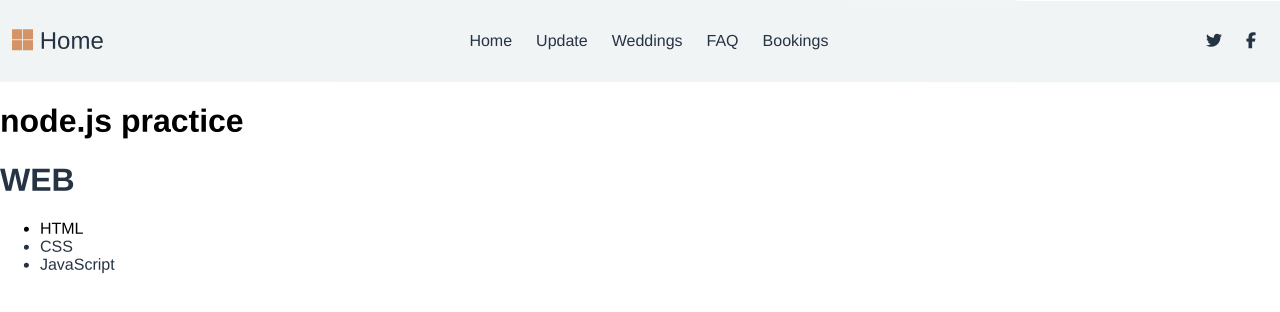
Repository: hhw12409/pracite-node.js
Page: http://localhost/
The author's editor kept a copy of each file at every save. The page is drawn from the files as they stood at one save, then again after the next save.
The browser window is 1280 px wide. The pictures show the whole page.
Some web fonts or font styles are not loaded; a fallback is used. Some web libraries are served in a nearby version. The page is served by the project's Node server (server.js).

Above is the page before, as saved 2022-05-03 00:53:44.

### views/index.ejs
<!DOCTYPE html>
<html lang="en">
<head>
  <meta charset="UTF-8">
  <meta http-equiv="X-UA-Compatible" content="IE=edge">
  <meta name="viewport" content="width=device-width, initial-scale=1.0">
  <title>node.js practice</title>
</head>
<body>
  <%- include('nav.html')%>
  <link rel="stylesheet" href="/css/styles.css">
  <h1>node.js practice</h1>
  <a href="/"><h1>WEB</h1></a>
  <ul>
    <a href="/html" style="color : black;"><li>HTML</li></a>
    <a href="/css"><li>CSS</li></a>
    <a href="/javascript"><li>JavaScript</li></a>
  </ul>
</body>
</html>

### views/nav.html

<!DOCTYPE html>
<html lang="en">
<head>
    <meta charset="UTF-8">
    <meta http-equiv="X-UA-Compatible" content="IE=edge">
    <meta name="viewport" content="width=device-width, initial-scale=1.0">
    <link rel="stylesheet" href="/css/styles.css">
    <link rel="preconnect" href="https://fonts.googleapis.com">
    <link rel="preconnect" href="https://fonts.gstatic.com" crossorigin>
    <title>Nav bar</title>
    <script
    src="https://kit.fontawesome.com/6478f529f2.js"
    crossorigin="anonymous">
    </script>
    <script src="/js/main.js" defer></script>
</head>
<body>
    <nav class="navbar">
        <div class="navbar__logo">
            <i class="fab fa-microsoft"></i>
            <a href="/">Home</a>
        </div>

        <ul class="navbar__menu">
            <li><a href="/">Home</a></li>
            <li><a href="">Update</a></li>
            <li><a href="">Weddings</a></li>
            <li><a href="">FAQ</a></li>
            <li><a href="">Bookings</a></li>
        </ul>

        <ul class="navbar__icons">
            <li><i class="fab fa-twitter"></i></li>
            <li><i class="fab fa-facebook-f"></i></li>
        </ul>

        <a href="#" class="navbar__togleBtn">
            <i class="fas fa-bars"></i>
        </a>
    </nav>
</body>
</html>

### server.js
const express = require('express');
const app = express();
require('dotenv').config()

const MongoClient = require('mongodb').MongoClient;
let db;
MongoClient.connect(process.env.DB_URL, { useUnifiedTopology: true } ,(err, client)=> {
  if(err) return console.log(err)
  db = client.db(process.env.Collection);

  db.collection('posts').insertOne( {이름 : 'John', _id : 100} , function(err, result){
      console.log(`테스트저장완료 ${result}`);
  });

  app.listen(process.env.PORT , function(){
    console.log("listening on server");
  });
})

// css middleware연동
app.use(express.static(__dirname + '/public'));

app.set('view engine', 'ejs');

require('dotenv').config()

app.get('/', (req, res)=> {
  res.render('index.ejs', {})
})

app.get('/html', (req, res)=> {
  res.render('html.ejs', {})
})

app.get('/css', (req, res)=> {
  res.render('css.ejs', {})
})

app.get('/javascript', (req, res)=> {
  res.render('javascript.ejs', {})
})

### public/css/styles.css
@import url("https://fonts.googleapis.com/css2?family=Source+Sans+Pro&display=swap");

@import "variables.css";

/* Components */
@import "components/nav-bar.css";

body{
  margin: 0;
  font-family: 'Source Sans Pro', sans-serif;
  transform: rotate(0.03deg);
}

a {
  text-decoration: none;
  color:var(--text-color);
}

### public/js/main.js
const toggleBtn = document.querySelector('.navbar__togleBtn');
const menu = document.querySelector('.navbar__menu');
const icons = document.querySelector('.navbar__icons');

toggleBtn.addEventListener('click', ()=> {
    menu.classList.toggle('active');
    icons.classList.toggle('active');
});

### public/css/variables.css
:root {
  --text-color: #263343;
  --background-color: #f0f4f5 ;
  --accent-color: #d49466;
}

### public/css/components/nav-bar.css
.navbar {
  display: flex;
  justify-content: space-between;
  align-items: center;
  background-color: var(--background-color);
  padding: 8px 12px;
}

.navbar__logo {
  font-size: 24px;
  color: var(--text-color);
}

.navbar__logo i {
  color: var(--accent-color);
}

.navbar__menu {
  display: flex;
  list-style: none;
  padding-left: 0;
}

.navbar__menu li {
  padding : 8px 12px;
}

.navbar__menu li:hover {
  background-color: var(--accent-color);
  border-radius: 4px;
}

.navbar__icons {
  list-style: none;
  color:var(--text-color);
  display: flex;
  padding-left: 0;
}

.navbar__icons li {
  padding: 8px 12px;
}

.navbar__togleBtn {
  display: none;
  position: absolute;
  right: 32px;
  font-size: 24px;
  color: var(--accent-color);
}

@media screen and (max-width: 768px) {
  .navbar {
      flex-direction: column;
      align-items: flex-start;
      padding: 8px 24px;
  }

  .navbar__menu {
      display: none;
      flex-direction: column;
      align-items: center;
      width: 100%;
  }

  .navbar__menu li {
      width:100%;
      text-align: center;
  }

  .navbar__icons {
      display: none;
      justify-content: center;
      width: 100%;
  }

  .navbar__togleBtn {
      display: block;
  }

  .navbar__menu.active,
  .navbar__icons.active {
      display: flex;
  }
}

After the next save:
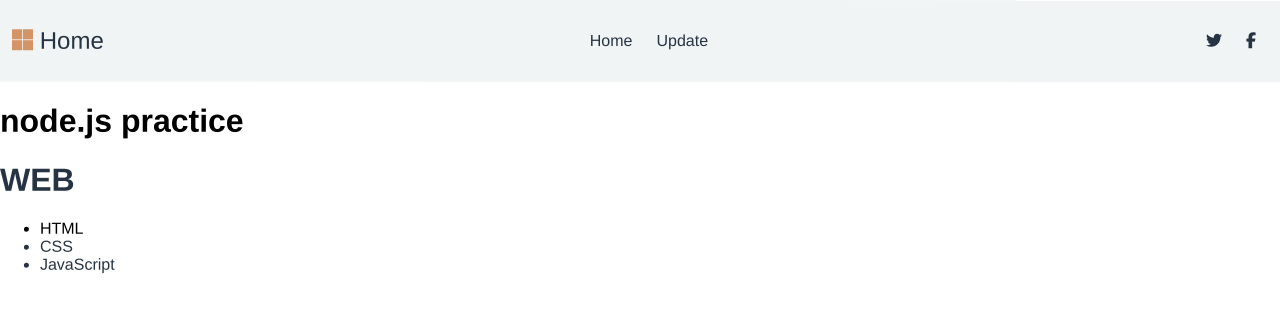
Saved 6 s later.
--- a/views/nav.html
+++ b/views/nav.html
@@ -25,9 +25,9 @@
         <ul class="navbar__menu">
             <li><a href="/">Home</a></li>
             <li><a href="">Update</a></li>
-            <li><a href="">Weddings</a></li>
+            <!-- <li><a href="">Weddings</a></li>
             <li><a href="">FAQ</a></li>
-            <li><a href="">Bookings</a></li>
+            <li><a href="">Bookings</a></li> -->
         </ul>
 
         <ul class="navbar__icons">
